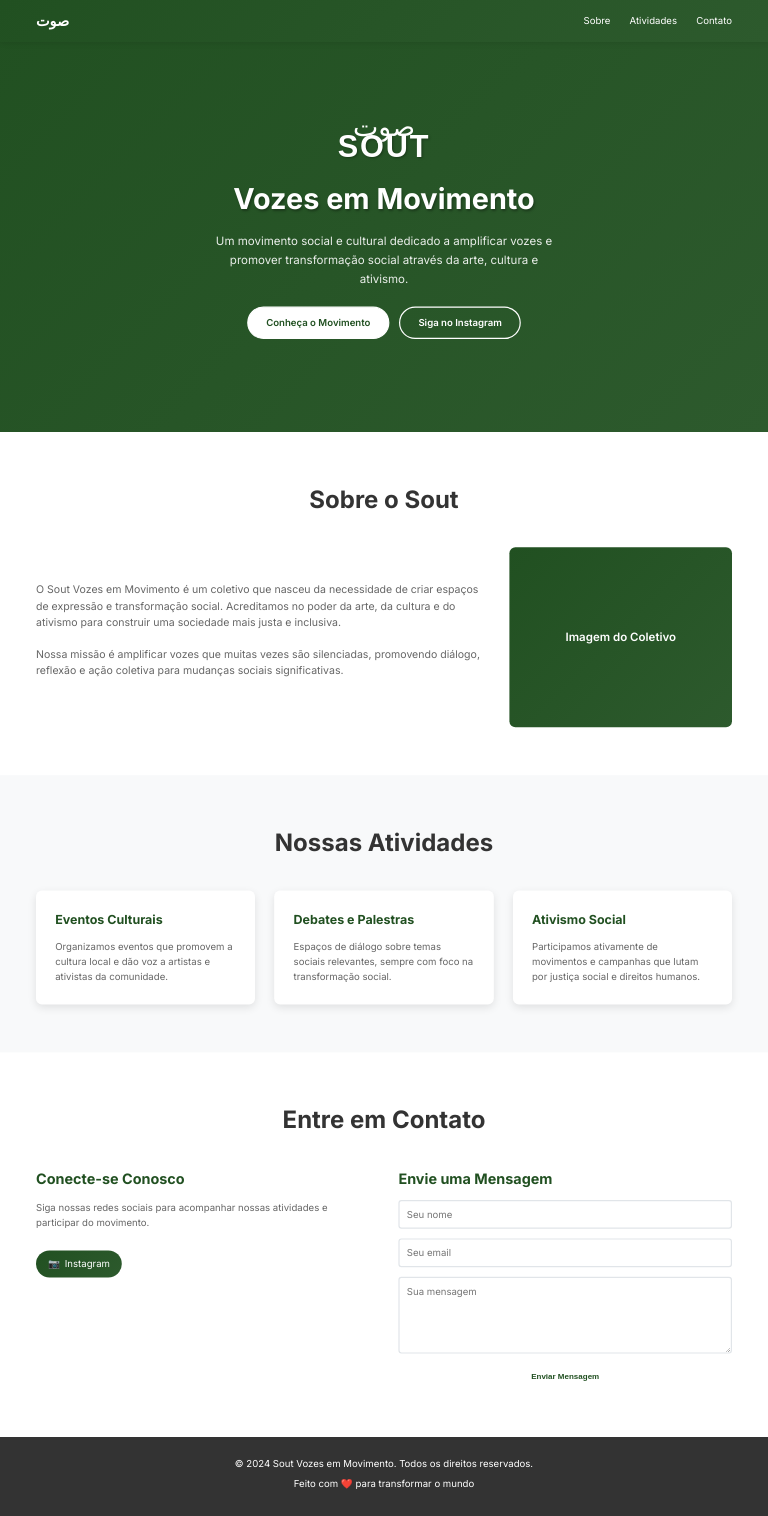
Repository: farukzahra/sout
Page: index.html
These files come from the project's save history. The page is drawn as it stood at one moment and after the next save; the edit follows.
The browser window is 1280 px wide. The pictures show the whole page, at 60% of full size.

Above is the page before, as saved 2025-10-02 13:16:22.

After the next save:
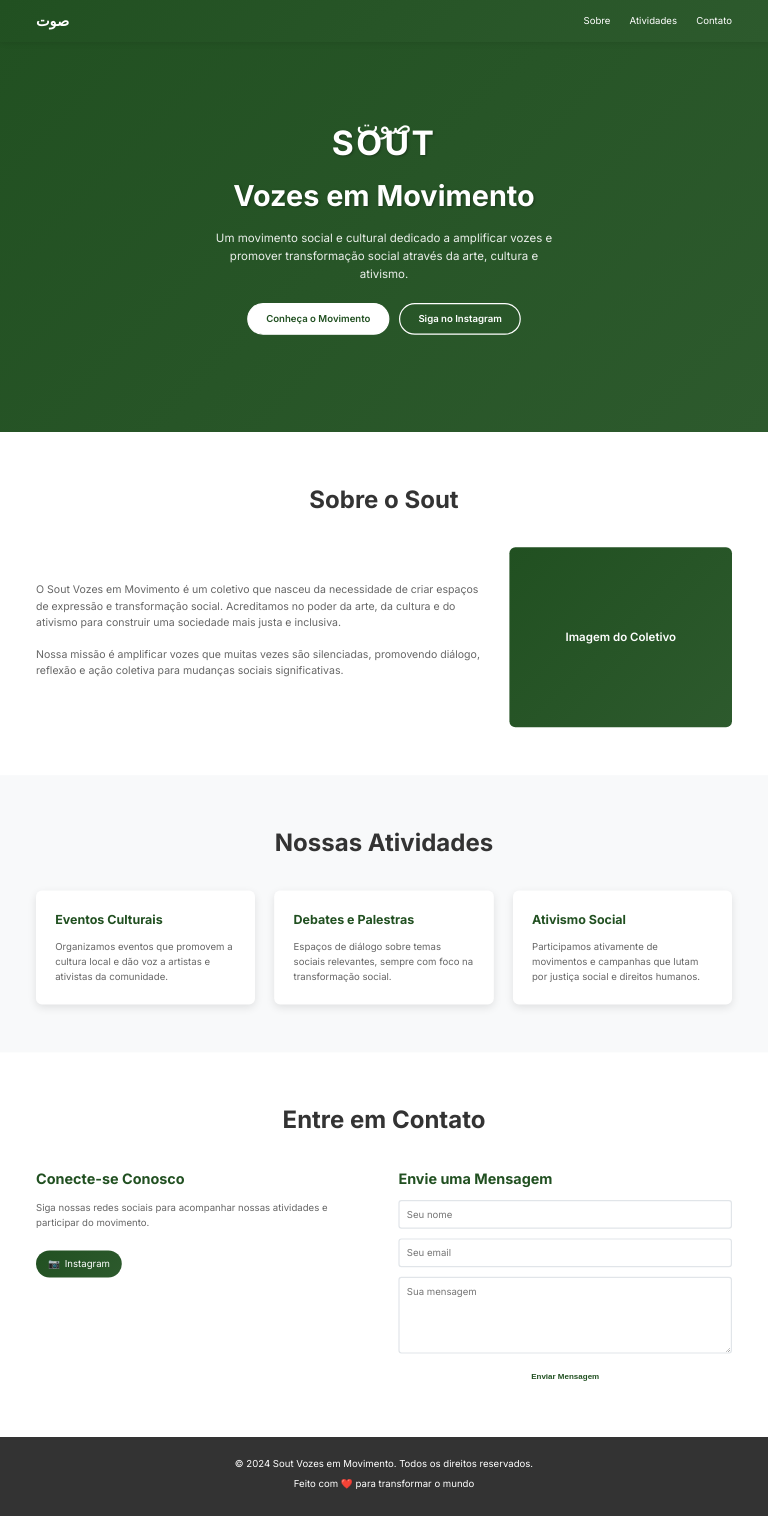
Saved 17 s later.
--- a/style.css
+++ b/style.css
@@ -58,20 +58,21 @@ body {
 }
 
 .hero-logo .logo-text {
-    font-size: 2.8rem;
+    font-size: 2.5rem;
     direction: rtl;
-    line-height: 0.7;
-    font-weight: 400;
-    font-family: 'Arial', sans-serif;
+    line-height: 0.6;
+    font-weight: 500;
+    font-family: 'Inter', 'Arial', sans-serif;
+    margin-top: -0.2rem;
 }
 
 .hero-logo .logo-main {
-    font-size: 3.2rem;
-    font-weight: 800;
-    letter-spacing: 3px;
+    font-size: 3.5rem;
+    font-weight: 900;
+    letter-spacing: 4px;
     text-shadow: 2px 2px 4px rgba(0,0,0,0.3);
-    line-height: 0.7;
-    font-family: 'Arial', sans-serif;
+    line-height: 0.6;
+    font-family: 'Inter', 'Arial', sans-serif;
 }
 
 .hero-logo .logo-subtitle {
